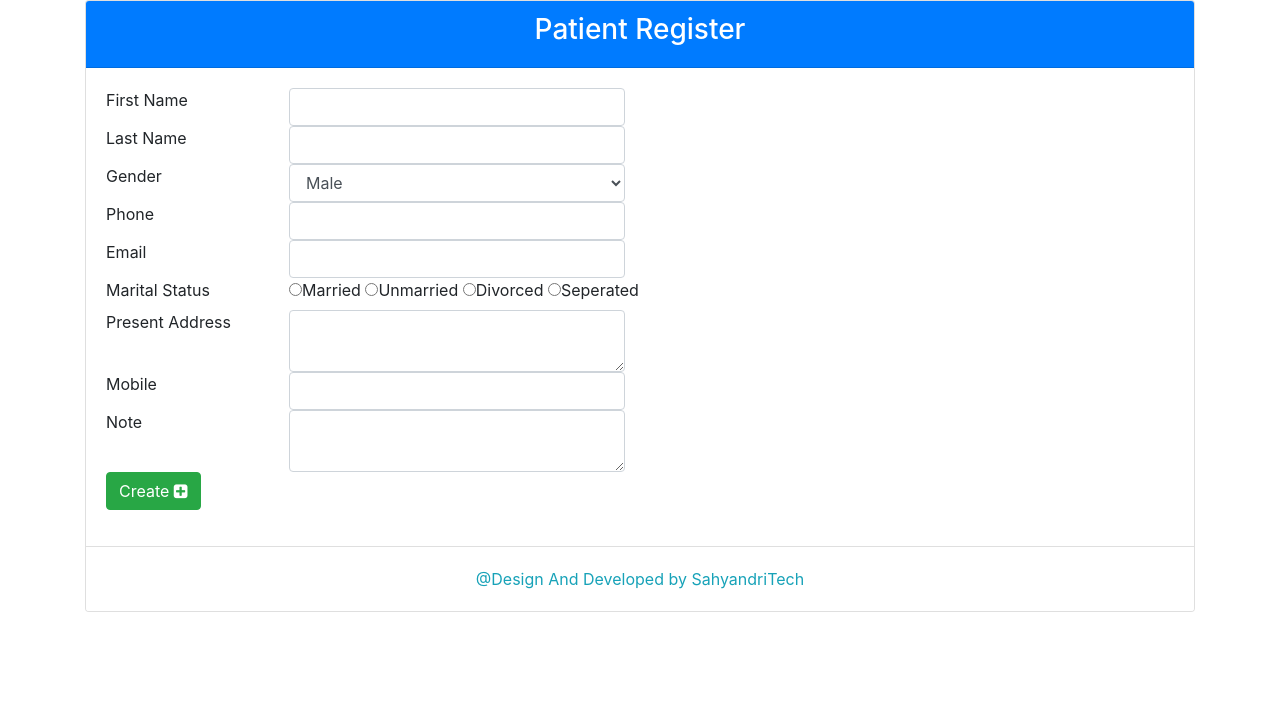
Repository: AmolRajuru11/HealthCareEx
Page: http://localhost/PatientRegister
The author's editor kept a copy of each file at every save. The page is drawn from the files as they stood at one save, then again after the next save.
The browser window is 1280 px wide. The pictures show the whole page.
The page is this project's Thymeleaf template; nobody is signed in. The template is opened directly, without the code that normally fills it, so the values that code supplies are empty.

Above is the page before, as saved 2021-10-19 13:22:14.

After the next save:
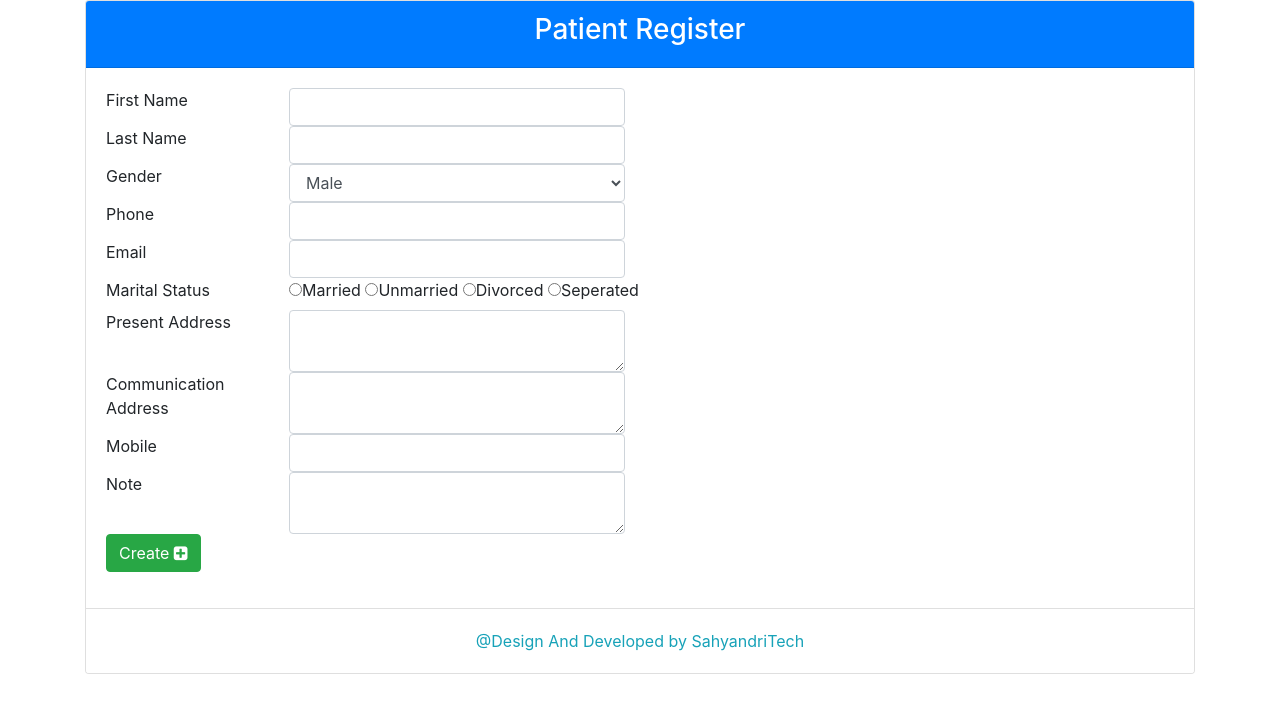
Saved 70 s later.
--- a/HeathCare/src/main/resources/templates/PatientRegister.html
+++ b/HeathCare/src/main/resources/templates/PatientRegister.html
@@ -122,6 +122,20 @@
 						</div>
 					</div>
 
+					<!-- row #8 -->
+					<div class="row">
+						<div class="col-2">
+							<label for="commAddr">Communication Address</label>
+						</div>
+						<div class="col-4">
+							<textarea name="commAddr" id="commAddr" class="form-control"></textarea>
+						</div>
+						<div class="col-6">
+							<span id="presentAddrError"></span>
+						</div>
+					</div>
+
+
 					<!-- row #5 -->
 					<div class="row">
 						<div class="col-2">
